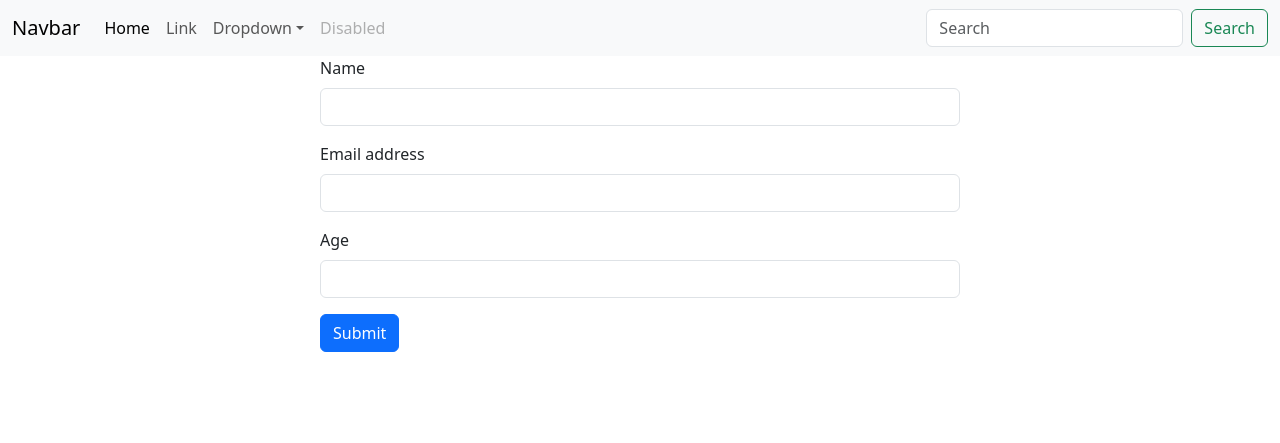
Repository: suraj-yadav7/createpost-redux
Page: /
An editor plug-in stored every save of this project. The page is shown before and after the next save, followed by the edit.
The browser window is 1280 px wide. The pictures show the whole page.
The project was rebuilt for these pictures with package versions that can differ from the ones it lists, and the page was loaded fresh each time. Also part of the build but not shown: vite.config.js, src/App.css, src/index.css.

Above is the page before, as saved 2023-05-15 23:52:35.

After the next save:
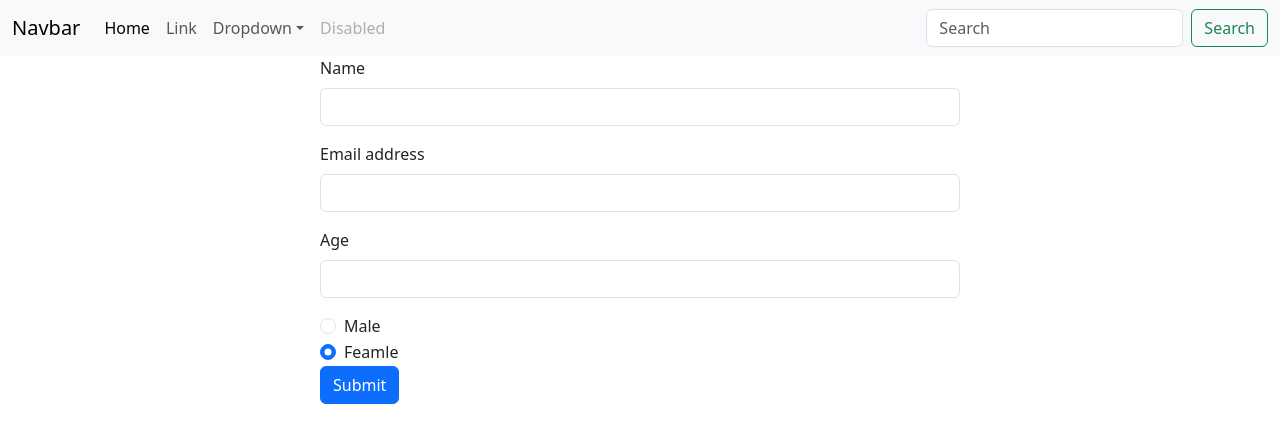
Saved 86 s later.
--- a/src/components/create.jsx
+++ b/src/components/create.jsx
@@ -15,8 +15,19 @@ const Create = () => {
   <div class="mb-3">
     <label for="exampleInputEmail1" class="form-label">Age</label>
     <input type="text" class="form-control" id="exampleInputEmail1" aria-describedby="emailHelp"/>
-
   </div>
+  <div class="form-check">
+  <input class="form-check-input" type="radio" name="flexRadioDefault" id="flexRadioDefault1"/>
+  <label class="form-check-label" for="flexRadioDefault1">
+    Male
+  </label>
+</div>
+<div class="form-check">
+  <input class="form-check-input" type="radio" name="flexRadioDefault" id="flexRadioDefault2" checked/>
+  <label class="form-check-label" for="flexRadioDefault2">
+    Feamle
+  </label>
+</div>
 
 
   <button type="submit" class="btn btn-primary">Submit</button>
